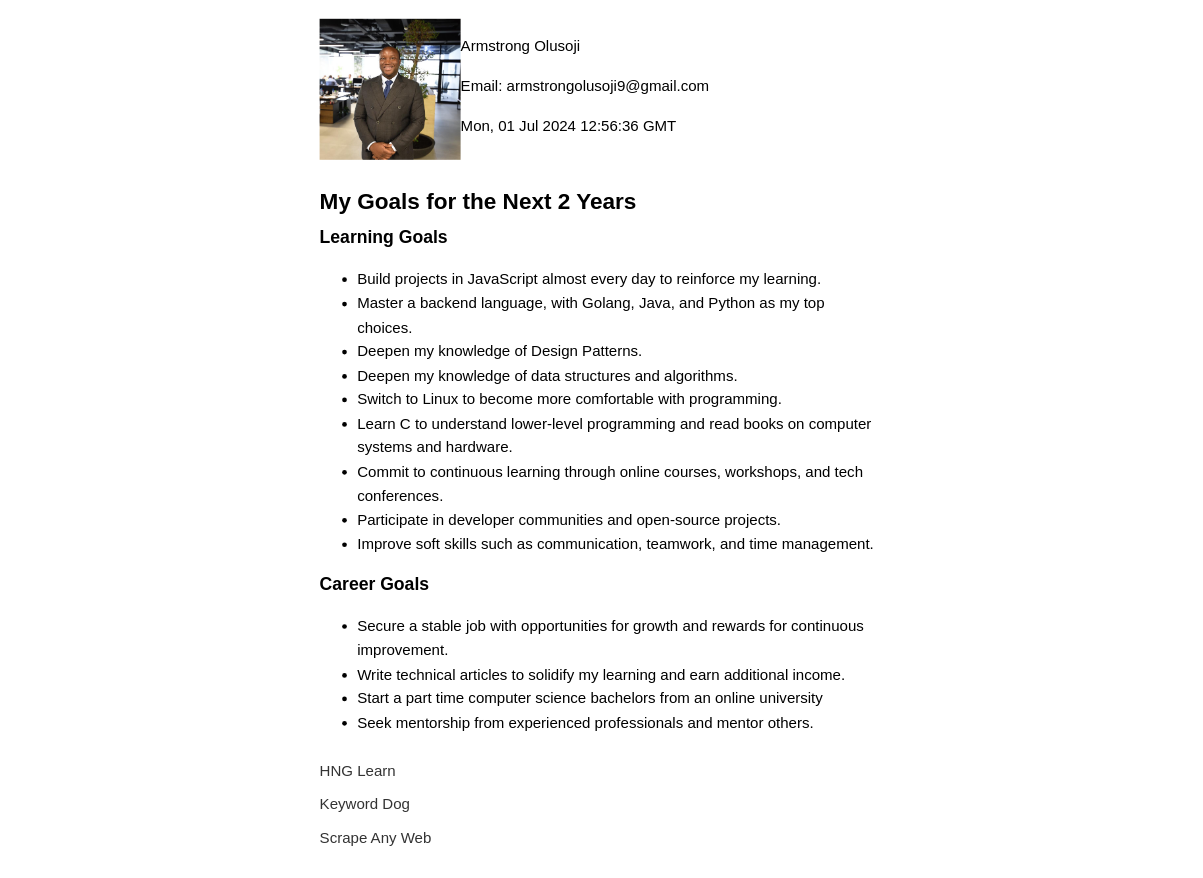
Repository: Armstrong2035/hng-project-one
Page: index.html
An editor plug-in stored every save of this project. The page is shown before and after the next save, followed by the edit.
The browser window is 1280 px wide. The pictures show the whole page, at 94% of full size.

Above is the page before, as saved 2024-07-01 16:20:51.

After the next save:
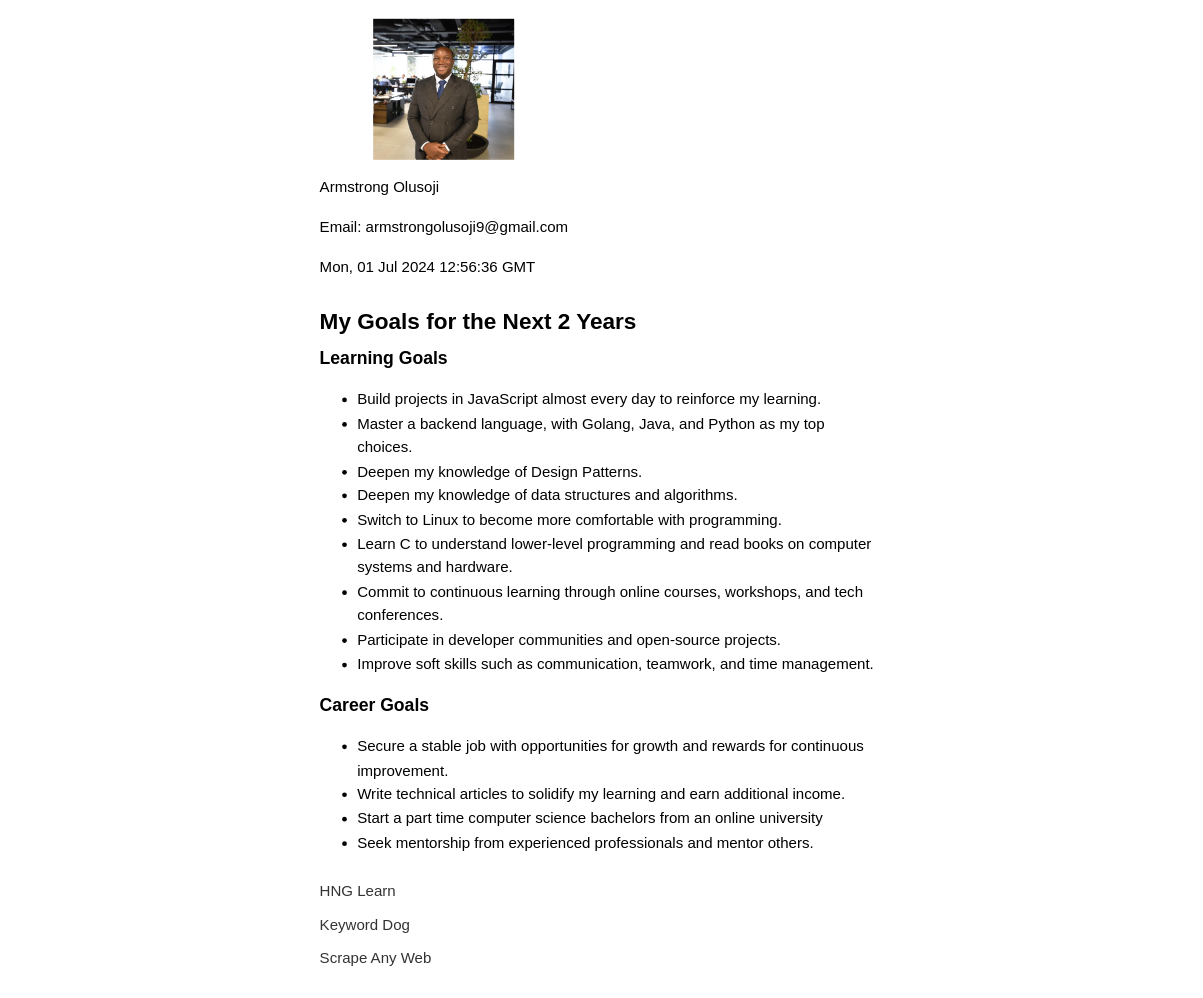
Saved 4 s later.
--- a/style.css
+++ b/style.css
@@ -18,7 +18,7 @@ body {
   text-align: left;
   margin-bottom: 20px;
   display: flex;
-  flex-direction: row;
+  flex-direction: column;
   align-items: flex-start;
 }
 
